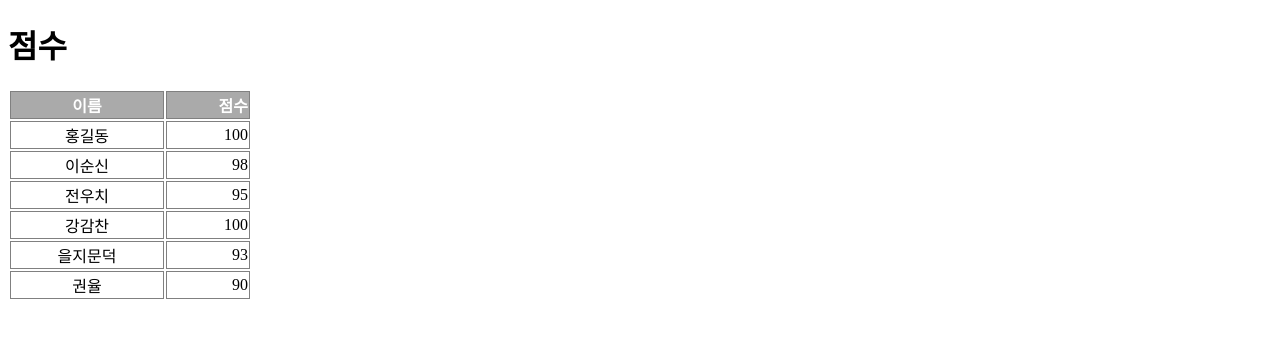
Repository: djdongjae/SpringProjects
Page: html1/src/main/webapp/01/table07.html
These files come from the project's save history. The page is drawn as it stood at one moment and after the next save; the edit follows.
The browser window is 1280 px wide. The pictures show the whole page.

Above is the page before, as saved 2023-03-13 01:40:47.

### html1/src/main/webapp/01/table07.html
<!DOCTYPE html>
<html>
  <head>
    <meta http-equiv="content-type" content="text/html; charset=utf-8">
    <title>점수</title>
    <style>
    	td { border: 1px solid gray; }
    	td:nth-child(2) { width:80px; text-align: right; }
    	td:nth-child(1) { width:150px; text-align: center; }
    </style>
  </head>
  <body>
    <h1>점수</h1>
    <table>
      <tr>
        <td style="background-color: #aaaaaa; color: white; font-weight: bold">이름</td>
        <td style="background-color: #aaaaaa; color: white; font-weight: bold">점수</td>
      </tr>
      <tr>
        <td>홍길동</td>
        <td>100</td>
      </tr>
      <tr>
        <td>이순신</td>
        <td>98</td>
      </tr>
      <tr>
        <td>전우치</td>
        <td>95</td>
      </tr>
      <tr>
        <td>강감찬</td>
        <td>100</td>
      </tr>
      <tr>
        <td>을지문덕</td>
        <td>93</td>
      </tr>
      <tr>
        <td>권율</td>
        <td>90</td>
      </tr>
    </table>
  </body>
</html>

After the next save:
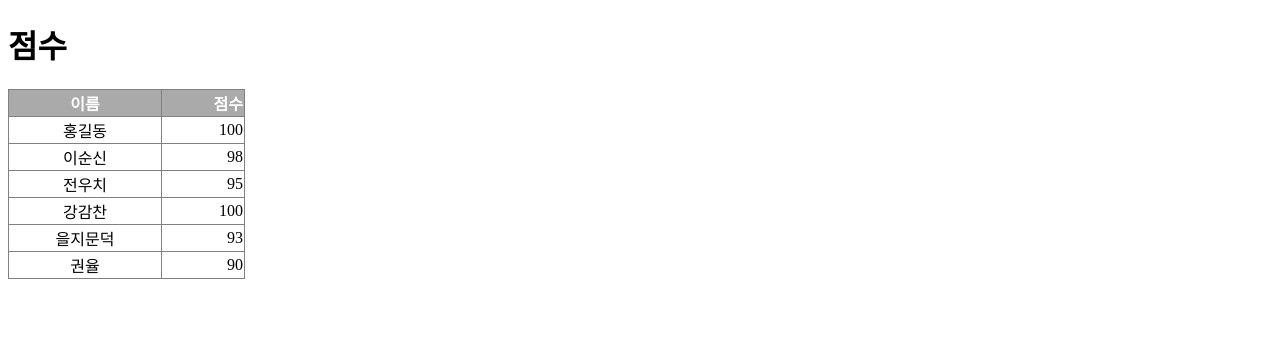
Saved 22 min 9 s later.
--- a/html1/src/main/webapp/01/table07.html
+++ b/html1/src/main/webapp/01/table07.html
@@ -4,6 +4,7 @@
     <meta http-equiv="content-type" content="text/html; charset=utf-8">
     <title>점수</title>
     <style>
+    	table { border-collapse: collapse; }
     	td { border: 1px solid gray; }
     	td:nth-child(2) { width:80px; text-align: right; }
     	td:nth-child(1) { width:150px; text-align: center; }
